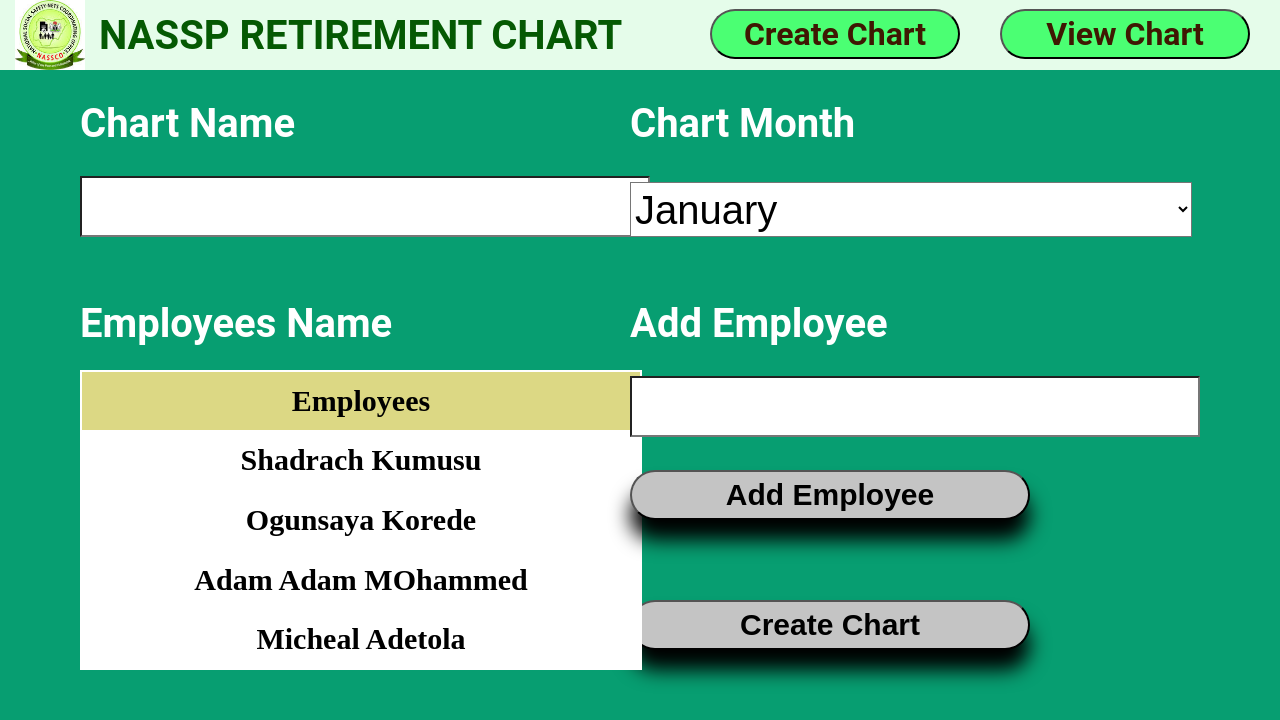
Repository: sheddy1/nasspchart
Page: http://localhost/
The author's editor kept a copy of each file at every save. The page is drawn from the files as they stood at one save, then again after the next save.
The browser window is 1280 px wide. The pictures show the whole page.
The page is run by PHP 8.4 with error messages shown; the project is at /var/www/html/. The database holds what the project's SQL file puts in it.

Above is the page before, as saved 2022-04-05 14:34:52.

After the next save:
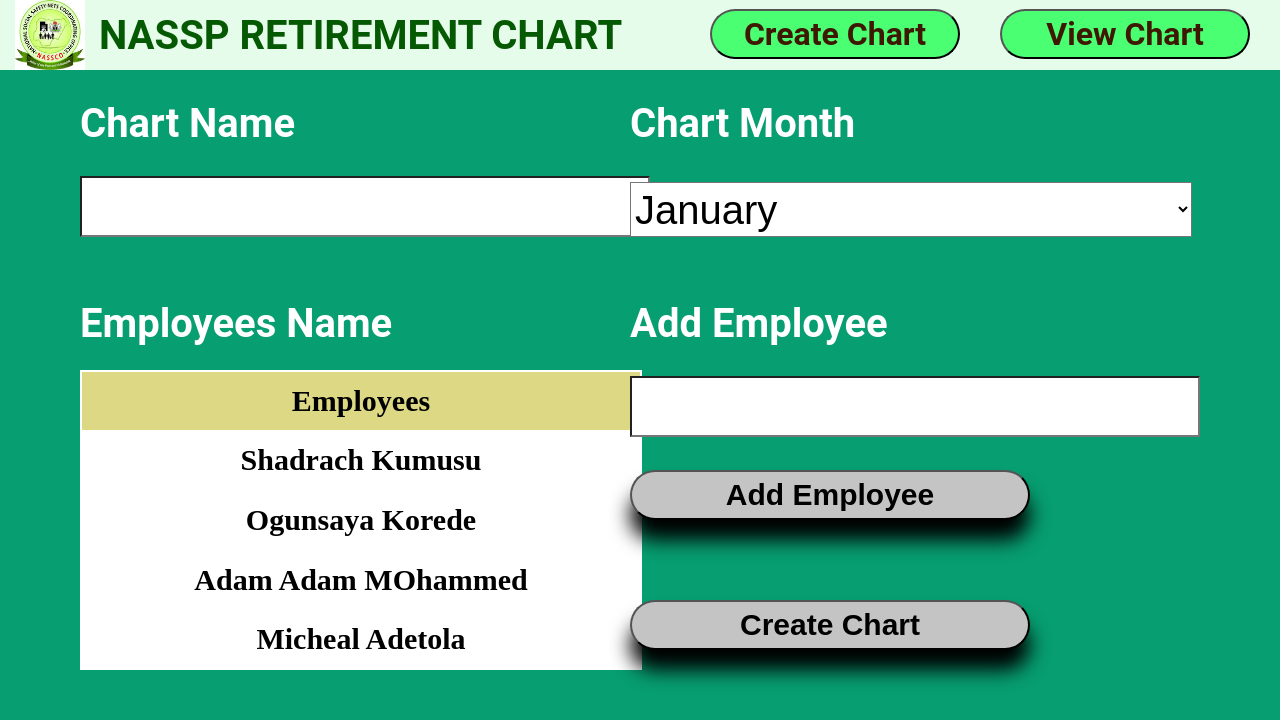
Saved 55 s later.
--- a/index.php
+++ b/index.php
@@ -94,7 +94,32 @@
                         </select>
                     </div>
 
-
+                    <div id='employees'>
+             <label class='chartname1'>
+             Employees Name
+             </label>
+
+             <div class='employee-div1'>
+
+             <table class='employees-table'>
+
+             <tr class='employees-table-row'>
+                 <th>Employees</th>
+                 </tr>
+
+             ";
+             for($x = 0; $x<$no1; $x++)
+             {
+                 $row = mysqli_fetch_array($con1a);
+
+                 echo"<tr class='employees-table-row1'><th>".$row['employee']."</th></tr  >";
+             }
+             echo"
+
+             </table>
+             </div>
+
+         </div>
 
                     <input type ='submit' value='Create Chart' name='btn-chart' class='btn-chart'>
 
@@ -107,32 +132,7 @@
 
 
              echo"
-             <div id='employees'>
-             <label class='chartname1'>
-             Employees Name
-             </label>
-
-             <div class='employee-div1'>
-
-             <table class='employees-table'>
-
-             <tr class='employees-table-row'>
-                 <th>Employees</th>
-                 </tr>
-
-             ";
-             for($x = 0; $x<$no1; $x++)
-             {
-                 $row = mysqli_fetch_array($con1a);
-
-                 echo"<tr class='employees-table-row1'><th>".$row['employee']."</th></tr  >";
-             }
-             echo"
-
-             </table>
-             </div>
-
-         </div>
+
              ";
 
 

After the save that followed:
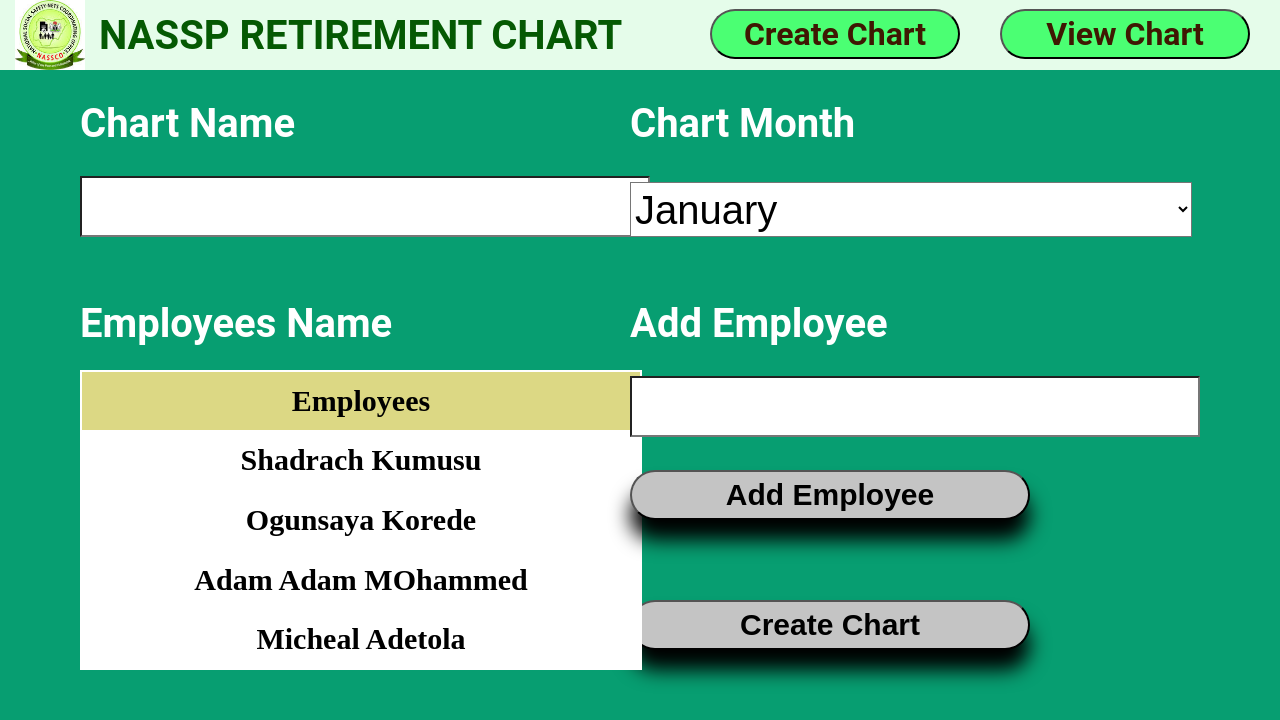
Saved 26 s later.
--- a/index.php
+++ b/index.php
@@ -94,7 +94,20 @@
                         </select>
                     </div>
 
-                    <div id='employees'>
+
+
+                    <input type ='submit' value='Create Chart' name='btn-chart' class='btn-chart'>
+
+                    </form>";
+
+                    if(isset($_POST['btn-chart']))
+                    {
+                        echo"<script>alert('posted');</script>";
+                    }
+
+
+             echo"
+             <div id='employees'>
              <label class='chartname1'>
              Employees Name
              </label>
@@ -120,19 +133,6 @@
              </div>
 
          </div>
-
-                    <input type ='submit' value='Create Chart' name='btn-chart' class='btn-chart'>
-
-                    </form>";
-
-                    if(isset($_POST['btn-chart']))
-                    {
-                        echo"<script>alert('posted');</script>";
-                    }
-
-
-             echo"
-
              ";
 
 
